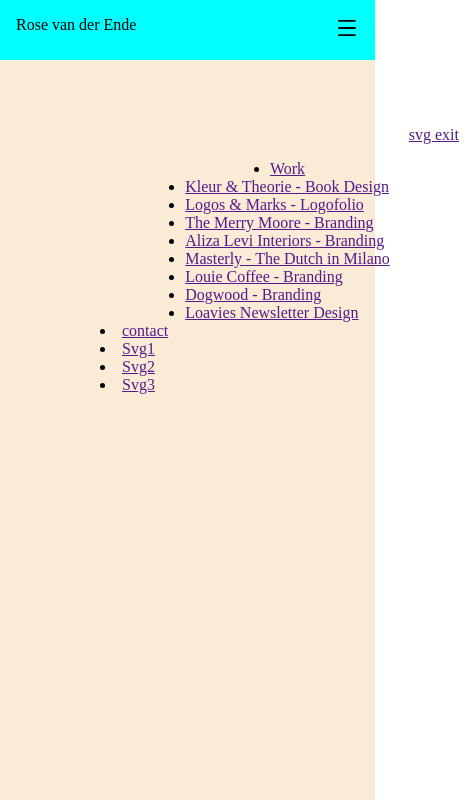
Repository: rahanwz/rose-project-daneshkar
Page: rose.html
These files come from the project's save history. The page is drawn as it stood at one moment and after the next save; the edit follows.
The browser window is 375 px wide. The page is 475 px wide, then 375 px, so the pictures cover 475 px, including what lies to the right of the window. The pictures show the whole page.

Above is the page before, as saved 2024-02-25 16:33:17.
Console error: TypeError: Cannot read properties of null (reading 'classList')

### rose.html
<!DOCTYPE html>
<html lang="en">
  <head>
    <meta charset="UTF-8" />
    <meta name="viewport" content="width=device-width, initial-scale=1.0" />
    <title>Rose</title>
    <link rel="stylesheet" href="rose.css" />
    <script src="Roe.js"></script>
  </head>
  <body>
    <div class="container">
      <div class="navbar">
        <div class="logo">
          <div class="name_logo">Rose van der Ende</div>
          <div class="hamber_menu">
            <a href="">
              <svg class="svg-icon" viewBox="0 0 20 20">
                <path
                  fill="none"
                  d="M3.314,4.8h13.372c0.41,0,0.743-0.333,0.743-0.743c0-0.41-0.333-0.743-0.743-0.743H3.314
								c-0.41,0-0.743,0.333-0.743,0.743C2.571,4.467,2.904,4.8,3.314,4.8z M16.686,15.2H3.314c-0.41,0-0.743,0.333-0.743,0.743
								s0.333,0.743,0.743,0.743h13.372c0.41,0,0.743-0.333,0.743-0.743S17.096,15.2,16.686,15.2z M16.686,9.257H3.314
								c-0.41,0-0.743,0.333-0.743,0.743s0.333,0.743,0.743,0.743h13.372c0.41,0,0.743-0.333,0.743-0.743S17.096,9.257,16.686,9.257z"
                ></path></svg
            ></a>
          </div>
        </div>
        <div class="menu">
          <div class="exit"><a href="">svg exit</a></div>

          <div class="work">
            <ul>
              <li><a href="">Work</a></li>
            </ul>
          </div>

          <div class="items">
            <ul>
              <li><a href="">Kleur & Theorie - Book Design</a></li>
              <li><a href="">Logos & Marks - Logofolio</a></li>
              <li><a href="">The Merry Moore - Branding</a></li>
              <li><a href="">Aliza Levi Interiors - Branding</a></li>
              <li><a href="">Masterly - The Dutch in Milano</a></li>
              <li><a href="">Louie Coffee - Branding</a></li>
              <li><a href="">Dogwood - Branding</a></li>
              <li><a href="">Loavies Newsletter Design</a></li>
            </ul>
          </div>

          <div class="contact">
            <li><a href="">contact</a></li>
          </div>
          <div class="icons">
            <li><a href="">Svg1</a></li>
            <li><a href="">Svg2</a></li>
            <li><a href="">Svg3</a></li>
          </div>
        </div>
      </div>
    </div>

<!-- <div class="menu_show">
          <div class="exit"><a href="">svg exit</a></div>

          <div class="work">
            <ul>
              <li><a href="">Work</a></li>
            </ul>
          </div>

          <div class="items">
            <ul>
              <li><a href="">Kleur & Theorie - Book Design</a></li>
              <li><a href="">Logos & Marks - Logofolio</a></li>
              <li><a href="">The Merry Moore - Branding</a></li>
              <li><a href="">Aliza Levi Interiors - Branding</a></li>
              <li><a href="">Masterly - The Dutch in Milano</a></li>
              <li><a href="">Louie Coffee - Branding</a></li>
              <li><a href="">Dogwood - Branding</a></li>
              <li><a href="">Loavies Newsletter Design</a></li>
            </ul>
          </div>

          <div class="contact">
            <li><a href="">contact</a></li>
          </div>
          <div class="icons">
            <li><a href="">Svg1</a></li>
            <li><a href="">Svg2</a></li>
            <li><a href="">Svg3</a></li>
          </div>
        </div> -->







  </body>
</html>

### rose.css
* {
  padding: 0;
  margin: 0;
  box-sizing: border-box;
}


.menu_show{
    display: none;
}
@media only screen and (max-width: 600px) {


.container {
  height: 100vh;
  background-color: antiquewhite;
}

.logo {
  padding: 1rem;
  display: flex;
  background-color: aqua;
  justify-content: space-between;
}
.svg-icon {
  width: 1.5em;
  height: 1.5em;
}

.svg-icon path,
.svg-icon polygon,
.svg-icon rect {
  fill: #000;
}

.svg-icon circle {
  stroke: #000;
  stroke-width: 2;
}

.hamber_menu {
}

.exit {
  display: flex;
  padding: 1rem;
  justify-content: flex-end;
}

.work {
  display: flex;
  justify-content: center;
}

.items {
  display: flex;
  justify-content: center;
}
.menu{

transform: translate(100px,50px);

}

}

### Roe.js
const hamber_menu = document.querySelector('.hamber_menu');
const menu = document.querySelector('.menu');

hamber_menu.classList.addEventListener("click", () =>{

    hamber_menu.classList.addEventListener.toggle("active");
    menu.classList.addEventListener.toggle("active");


})

After the next save:
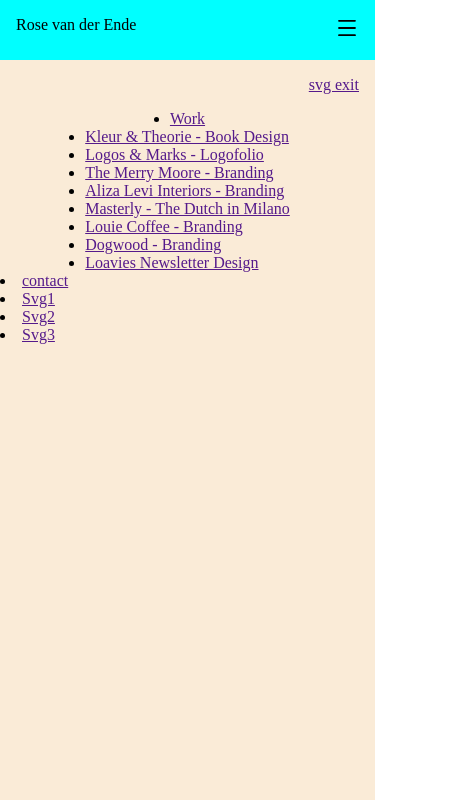
Saved 10 s later.
--- a/rose.css
+++ b/rose.css
@@ -58,7 +58,6 @@
 }
 .menu{
 
-transform: translate(100px,50px);
 
 }
 
